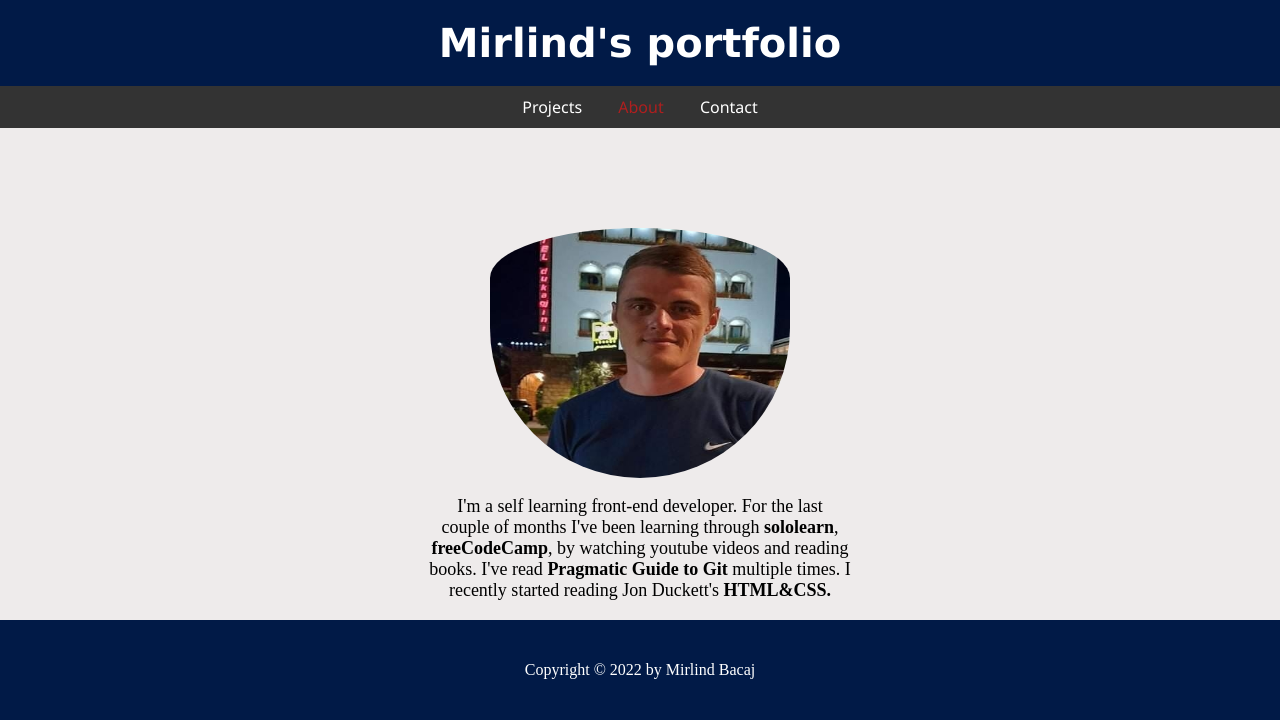
Repository: mirkbirki/mirkbirki.github.io
Page: html/about.html
These files come from the project's save history. The page is drawn as it stood at one moment and after the next save; the edit follows.
The browser window is 1280 px wide. The pictures show the whole page.

Above is the page before, as saved 2022-10-30 19:52:11.

After the next save:
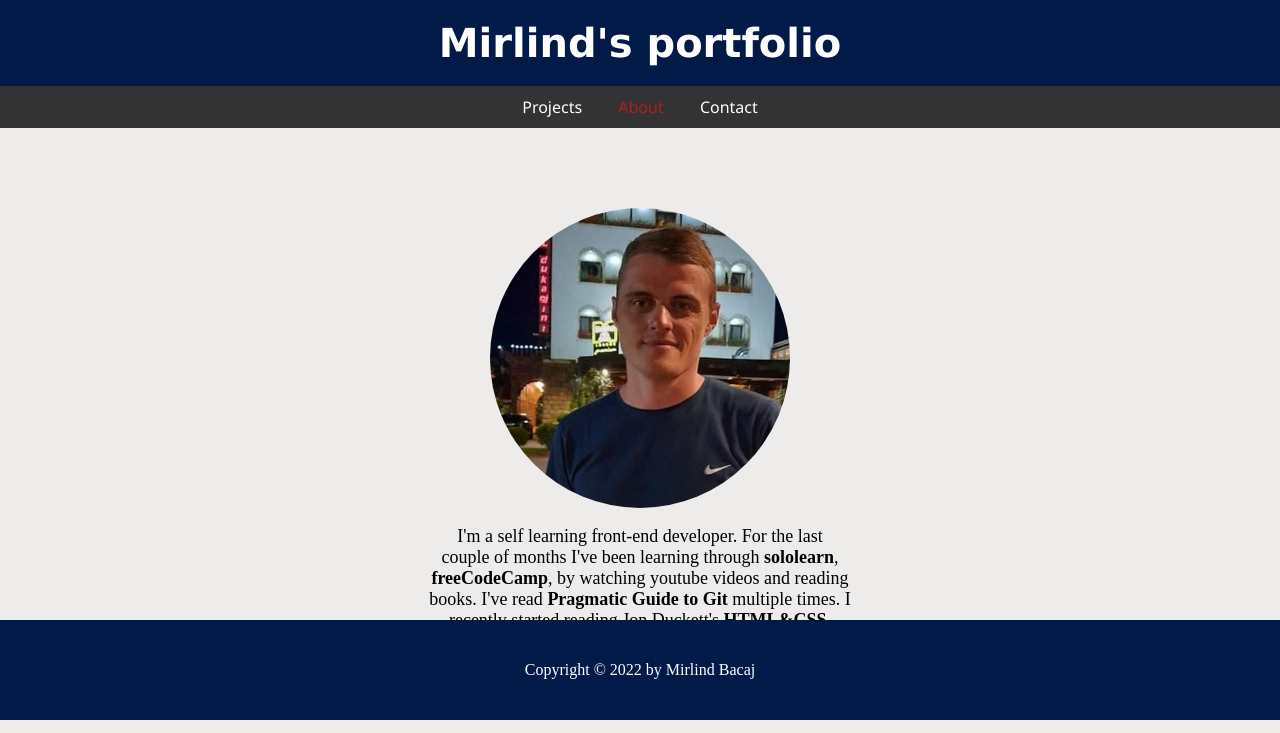
Saved 1 s later.
--- a/html/about.html
+++ b/html/about.html
@@ -19,15 +19,17 @@
 </nav>
 
 <main>
-    <img src="/pics/jag.jpg" alt="Photo of Mirlind">
-    <p class="p">I'm a self learning front-end developer. For the last<br>
-    couple of months I've been learning through <a href="https://www.sololearn.com/home" target="_blank">sololearn</a>,<br>
-    <a href="https://www.freecodecamp.org/learn" target="_blank">freeCodeCamp</a>, by watching youtube videos and reading<br>
-    books. I've read <a href="https://www.amazon.com/Pragmatic-Guide-Git-Programmers/dp/1934356727" target="_blank">Pragmatic
-    Guide to Git</a> multiple times. I<br>recently started reading Jon Duckett's
-    <a href="https://www.amazon.com/Pragmatic-Guide-Git-Programmers/dp/1934356727" target="_blank">HTML&CSS.</a>
-    <br><br>My goal is to keep learning while still working my full-time<br>job as an associate nurse. My goal is to be able
-    to get a job<br>as a front-end developer by 2024.</p>
+    <div class="about"></div>
+        <img src="/pics/jag.jpg" alt="Photo of Mirlind">
+        <p class="p">I'm a self learning front-end developer. For the last<br>
+        couple of months I've been learning through <a href="https://www.sololearn.com/home" target="_blank">sololearn</a>,<br>
+        <a href="https://www.freecodecamp.org/learn" target="_blank">freeCodeCamp</a>, by watching youtube videos and reading<br>
+        books. I've read <a href="https://www.amazon.com/Pragmatic-Guide-Git-Programmers/dp/1934356727" target="_blank">Pragmatic
+        Guide to Git</a> multiple times. I<br>recently started reading Jon Duckett's
+        <a href="https://www.amazon.com/Pragmatic-Guide-Git-Programmers/dp/1934356727" target="_blank">HTML&CSS.</a>
+        <br><br>My goal is to keep learning while still working my full-time<br>job as an associate nurse. My goal is to be able
+        to get a job<br>as a front-end developer by 2024.</p>
+    </div>
 </main>
 
 <footer>
--- a/css/styles.css
+++ b/css/styles.css
@@ -135,11 +135,14 @@ main {
     height: 100%;
 }
 
+.about {
+    margin-top: 80px;
+}
+
 main img {
     border-radius: 150px;
-    padding-top: 100px;
     width: 300px;
-    height: 250px;
+    height: 300px;
     display: block;
     margin: 0px auto;
 }
